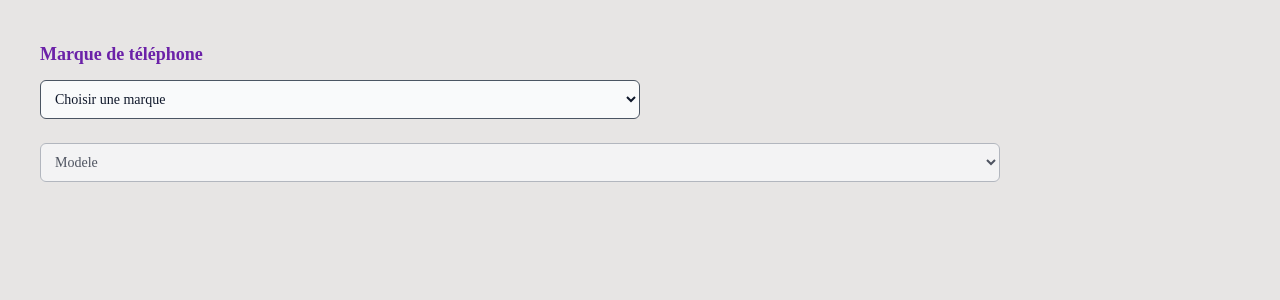
Repository: darlino/gotyu_shopify_section
Page: product_select220223/index.html
These files come from the project's save history. The page is drawn as it stood at one moment and after the next save; the edit follows.
The browser window is 1280 px wide. The pictures show the whole page.
Some web fonts or font styles are not loaded; a fallback is used. Some web libraries are served in a nearby version.

Above is the page before, as saved 2023-02-22 20:30:51.

### product_select220223/index.html
<!DOCTYPE html>
<html lang="en">
  <head>
    <meta charset="UTF-8" />
    <meta http-equiv="X-UA-Compatible" content="IE=edge" />
    <meta name="viewport" content="width=device-width, initial-scale=1.0" />
    <title>Document</title>
    <script src="https://cdn.tailwindcss.com"></script>
    <link rel="preconnect" href="https://fonts.googleapis.com" />
    <link rel="preconnect" href="https://fonts.gstatic.com" crossorigin />
    <link
      href="https://fonts.googleapis.com/css2?family=Gloock&display=swap"
      rel="stylesheet"
    />
    <link rel="stylesheet" href="style.css" />
  </head>
  <body>
    <section id="product_select220223">
      <div class="flex flex-col max-w-[1300px] bg-stone-200 h-screen mx-auto">
        <div class="flex flex-col w-full space-y-3 mx-auto p-10">
          <div class="flex flex-col space-y-3">
            <p class="text-lg font-bold text-left text-purple-800">
              Marque de téléphone
            </p>
            <select
              name="select_brand"
              id="select_brand"
              onchange="getElementSelectedValue()"
              class="bg-gray-50 w-1/2 border focus:border-2 border-gray-400 text-gray-900 text-sm rounded-md focus:ring-blue-500 focus:border-blue-800 block p-2.5 border-gray-600 placeholder-gray-900 text-slate-900 focus:ring-blue-700 focus:border-blue-700 outline-none"
            >
              <option class="text-md mb-2" value="">Choisir une marque</option>
              <option class="text-md mb-2" value="Samsung">Samsung</option>
              <option class="text-md mb-2" value="Xiaomi">Xiaomi</option>
              <option class="text-md mb-2" value="Iphone">Iphone</option>
            </select>
          </div>
          <div class="flex flex-col space-y-3">
            <p class="text-lg hidden font-bold text-left text-purple-800">
              Marque de téléphone
            </p>
            <select
              disabled="true"
              name="select_brand"
              id="select_model"
              class="bg-gray-50 w-4/5 border focus:border-2 border-gray-400 text-gray-900 text-sm rounded-md focus:ring-blue-500 focus:border-blue-800 block p-2.5 placeholder-gray-900 text-slate-900 focus:ring-blue-700 focus:border-blue-700 outline-none"
            >
              <option class="text-md mb-2" value="Mi 10">Modele</option>
              <option class="text-md mb-2" value="Samsung">Samsung</option>
              <option class="text-md mb-2" value="Xiaomi">Xiaomi</option>
              <option class="text-md mb-2" value="Iphone">Iphone</option>
            </select>
          </div>
        </div>
      </div>
    </section>
    <script type="text/javascript">
      function getElementSelectedValue() {
        const element = document.getElementById("select_brand").value;
        const modelValue = document.getElementById("select_model");

        const brandMatchModel = [
          { brand: "iphone", modelId: 0 },
          { brand: "samsung", modelId: 1 },
          { brand: "xiaomi", modelId: 2 },
        ];

        const selectedBrandMatchModel = brandMatchModel.filter(
          (bm) => bm.brand.toLocaleLowerCase() === element.toLocaleLowerCase()
        );

        if (selectedBrandMatchModel.length !== 0) {
          modelValue.disabled = false;
        }

        const allModels = [
          [
            { value: "Mi 10", text: "Mi 10" },
            { value: "Mi 9", text: "Mi 9" },
          ],
          [
            { value: "s7", text: "Samsung galaxy s7" },
            { value: "s6", text: "Samsung galaxy s6" },
          ],
          [
            { value: "s7", text: "Samsung galaxy s7" },
            { value: "s6", text: "Samsung galaxy s6" },
          ],
          [
            { value: "s7", text: "Samsung galaxy s7" },
            { value: "s6", text: "Samsung galaxy s6" },
          ],
        ];

        console.log(
          "the selected value is",
          element,
          "the brand macth is ",
          selectedBrandMatchModel
        );
        // for (let index = 0; index < array.length; index++) {
        //   const element = array[index];
        // }
      }
    </script>
  </body>
</html>

### product_select220223/style.css
* {
  margin: 0;
  padding: 0;
  font-family: "Gloock", serif;
}

#product_select220223 {
  width: 100%;
  height: auto;
}

After the next save:
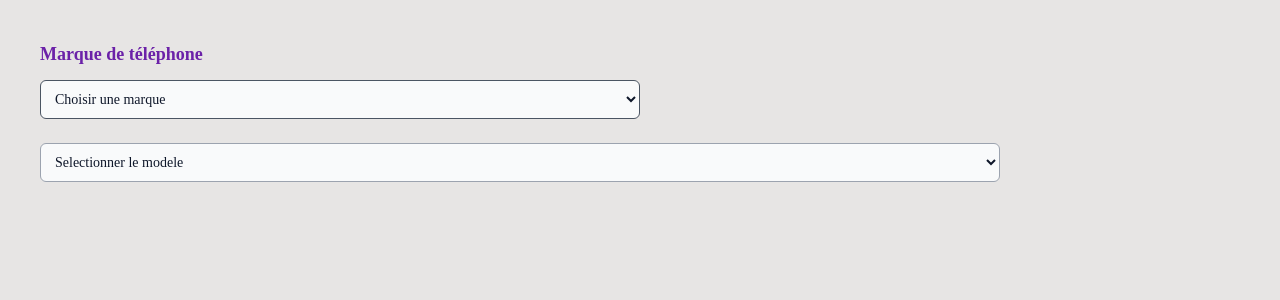
Saved 2 min 2 s later.
--- a/product_select220223/index.html
+++ b/product_select220223/index.html
@@ -39,15 +39,13 @@
               Marque de téléphone
             </p>
             <select
-              disabled="true"
               name="select_brand"
               id="select_model"
               class="bg-gray-50 w-4/5 border focus:border-2 border-gray-400 text-gray-900 text-sm rounded-md focus:ring-blue-500 focus:border-blue-800 block p-2.5 placeholder-gray-900 text-slate-900 focus:ring-blue-700 focus:border-blue-700 outline-none"
             >
-              <option class="text-md mb-2" value="Mi 10">Modele</option>
-              <option class="text-md mb-2" value="Samsung">Samsung</option>
-              <option class="text-md mb-2" value="Xiaomi">Xiaomi</option>
-              <option class="text-md mb-2" value="Iphone">Iphone</option>
+              <option class="text-md mb-2" value="Mi 10">
+                Selectionner le modele
+              </option>
             </select>
           </div>
         </div>
@@ -67,10 +65,6 @@
         const selectedBrandMatchModel = brandMatchModel.filter(
           (bm) => bm.brand.toLocaleLowerCase() === element.toLocaleLowerCase()
         );
-
-        if (selectedBrandMatchModel.length !== 0) {
-          modelValue.disabled = false;
-        }
 
         const allModels = [
           [
